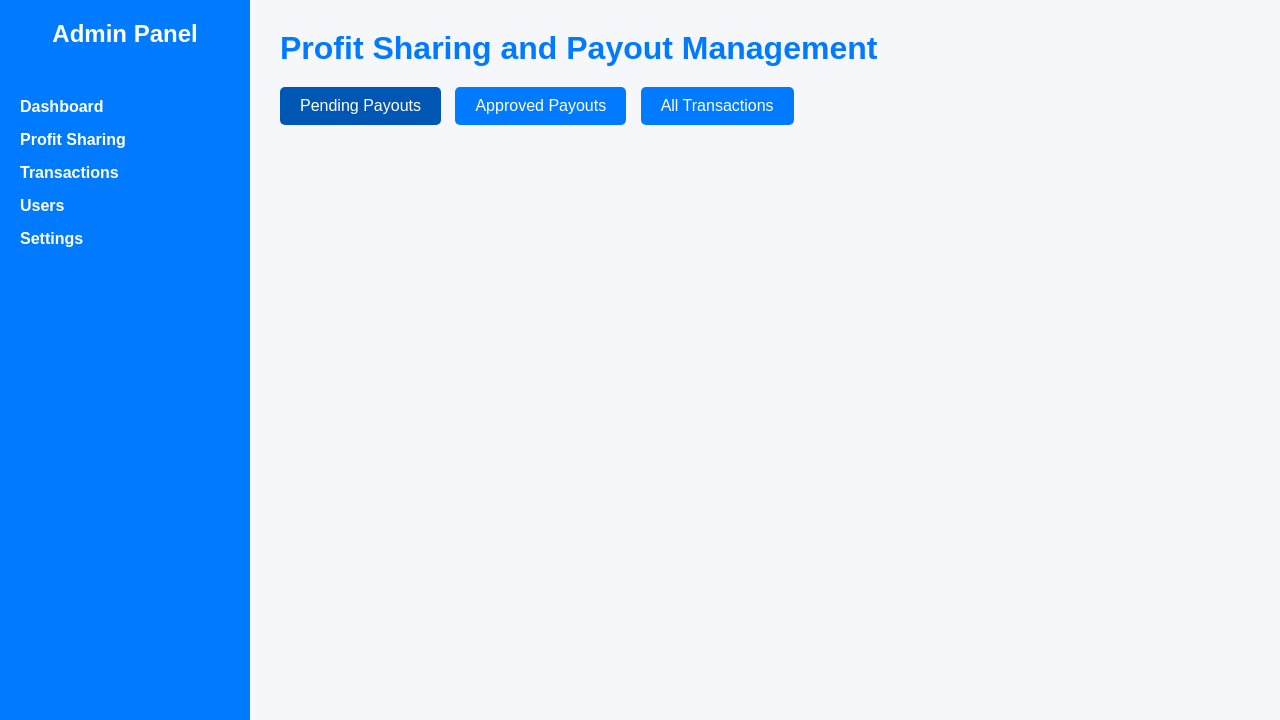
Repository: 2025silverx/slivedrX
Page: index4.html
An editor plug-in stored every save of this project. The page is shown before and after the next save, followed by the edit.
The browser window is 1280 px wide. The pictures show the whole page.

Above is the page before, as saved 2025-01-05 00:53:20.

After the next save:
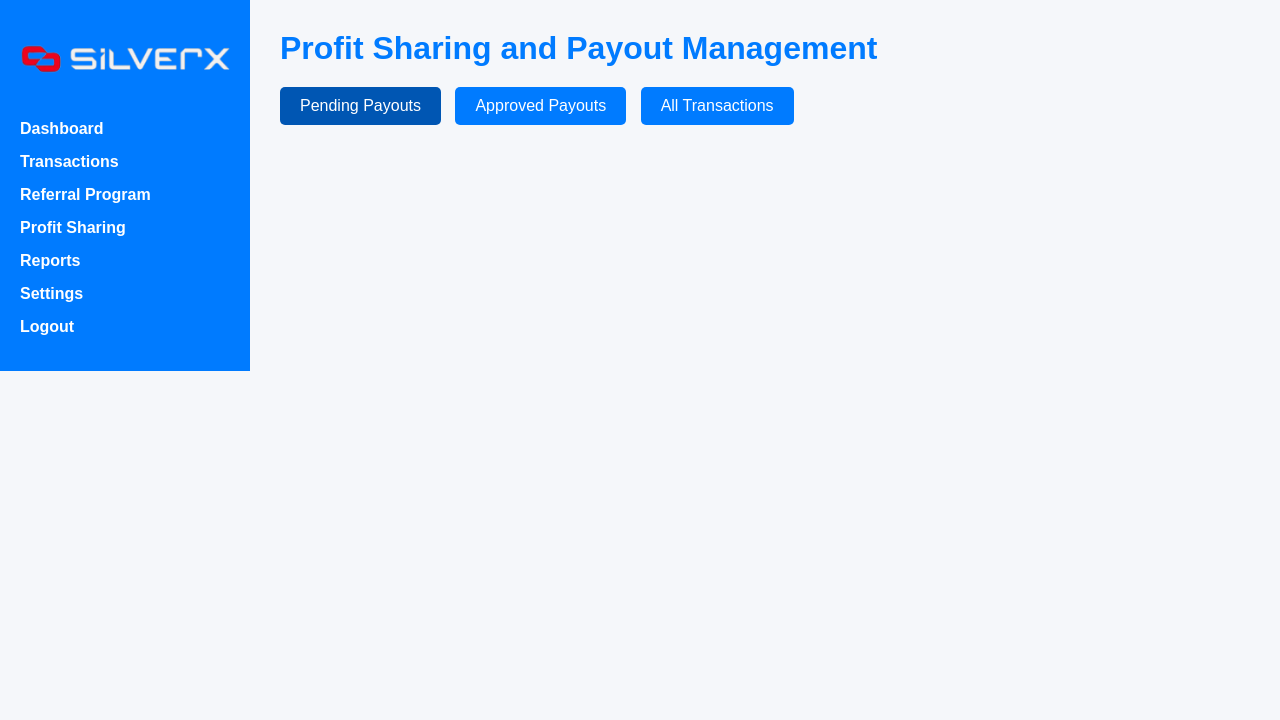
Saved 12 s later.
--- a/index4.html
+++ b/index4.html
@@ -7,15 +7,19 @@
     <link rel="stylesheet" href="style4.css">
 </head>
 <body>
-    <div class="sidebar">
-        <h2>Admin Panel</h2>
-        <ul class="sidebar-links">
-            <li><a href="#">Dashboard</a></li>
-            <li><a href="#">Profit Sharing</a></li>
-            <li><a href="#">Transactions</a></li>
-            <li><a href="#">Users</a></li>
-            <li><a href="#">Settings</a></li>
-        </ul>
+    <div id="sidebar-container">
+        <div class="sidebar">
+            <img src="images/logo.png" alt="Sidebar Logo" class="sidebar-logo">
+            <ul class="sidebar-links">
+                <li><a href="index.html" class="sidebar-link" data-target="dashboard">Dashboard</a></li>
+                <li><a href="index2.html" class="sidebar-link" data-target="transactions">Transactions</a></li>
+                <li><a href="indesx3.html" class="sidebar-link" data-target="reports">Referral Program</a></li>
+                <li><a href="index4.html" class="sidebar-link" data-target="users">Profit Sharing</a></li>
+                <li><a href="index5.html" class="sidebar-link" data-target="reports">Reports</a></li>
+                <li><a href="setting.html" class="sidebar-link" data-target="settings">Settings</a></li>
+                <li><a href="index5.html" class="sidebar-link" data-target="logout">Logout</a></li>
+            </ul>
+        </div>
     </div>
 
     <div class="main-content">
